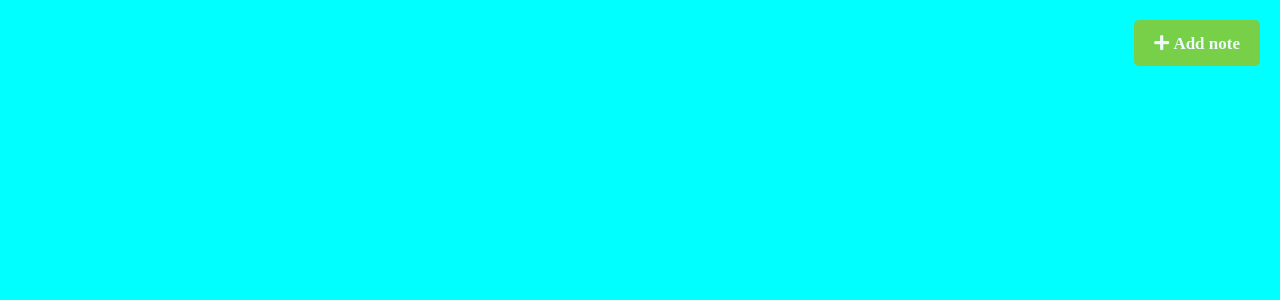
Repository: northpx/noteslist
Page: index.html
An editor plug-in stored every save of this project. The page is shown before and after the next save, followed by the edit.
The browser window is 1280 px wide. The pictures show the whole page.
Some web libraries are served in a nearby version.

Above is the page before, as saved 2023-01-08 09:28:33.

After the next save:
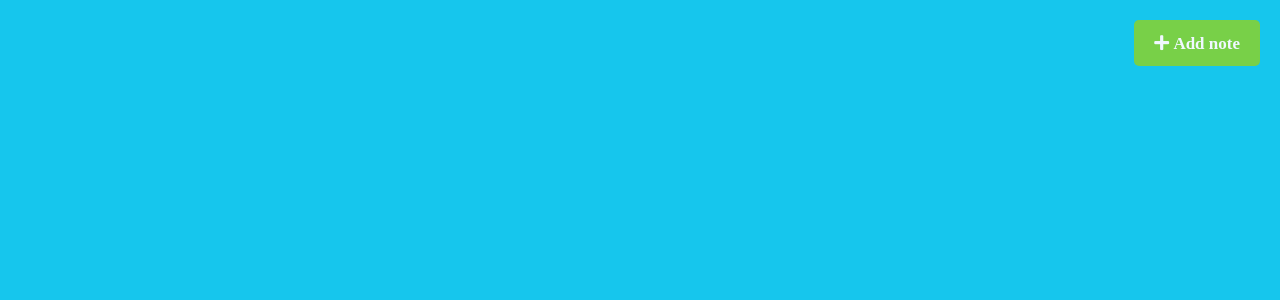
Saved 97 s later.
--- a/style.css
+++ b/style.css
@@ -7,7 +7,7 @@
     font-family: 'Poppins';
 }
 body{
-    background-color: aqua;
+    background-color: rgb(22, 198, 237);
     display: flex;
     flex-wrap: wrap;
     padding: 100px 0px;
